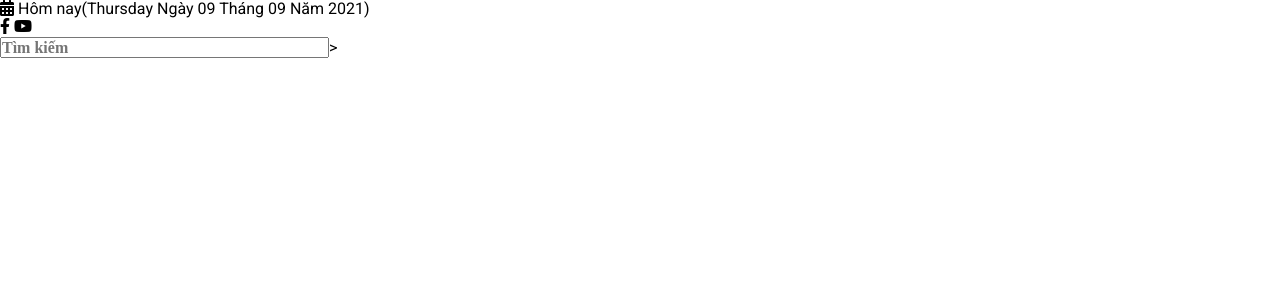
Repository: longtn213/Frond_end_HTML-CSS
Page: Front-End/LongDemo/index.html
An editor plug-in stored every save of this project. The page is shown before and after the next save, followed by the edit.
The browser window is 1280 px wide. The pictures show the whole page.

Above is the page before, as saved 2021-09-09 16:01:52.

### Front-End/LongDemo/index.html
<!DOCTYPE html>
<html lang="en">

<head>
    <meta charset="UTF-8">
    <meta http-equiv="X-UA-Compatible" content="IE=edge">
    <meta name="viewport" content="width=device-width, initial-scale=1.0">
    <title>Công nghệ thông tin</title>
    <link rel="stylesheet" href="https://cdnjs.cloudflare.com/ajax/libs/normalize/8.0.1/normalize.min.css"
        integrity="sha512-NhSC1YmyruXifcj/KFRWoC561YpHpc5Jtzgvbuzx5VozKpWvQ+4nXhPdFgmx8xqexRcpAglTj9sIBWINXa8x5w=="
        crossorigin="anonymous" referrerpolicy="no-referrer" />
    <link rel="stylesheet" href="./assets/css/main.css">
    <link href="https://fonts.googleapis.com/css2?family=Roboto:wght@300;400;500;700&display=swap" rel="stylesheet">
    <link href="./assets/fonts/fontawesome-free-5.15.4-web/css/all.css" rel="stylesheet">
</head>

<body>
    <header class="header">
        <div class="header1">
            <div class="calendar">
                <i class="fas fa-calendar-alt"></i>
                Hôm nay(Thursday Ngày 09 Tháng 09 Năm 2021)
            </div>
            <div class="header__icon">
                <i class="fab fa-facebook-f"></i>
                <i class="fab fa-youtube"></i>
            </div>
            <div class="search-button">
                <input type="text" placeholder="Tìm kiếm" <i class="fas fa-search"></i>>

            </div>
        </div>
    </header>
</body>

</html>

### Front-End/LongDemo/assets/css/main.css
:root{
    --white-color:#fff;
    --black-color:#000;
    --text-color:#333;
}
* {
    padding: 0;
    margin: 0;
    box-sizing: border-box;
}

html{
    scroll-behavior: smooth;
    font-family: 'Roboto', sans-serif;
}

Loaded but not shown: Front-End/LongDemo/assets/fonts/fontawesome-free-5.15.4-web/css/all.css (library)

After the next save:
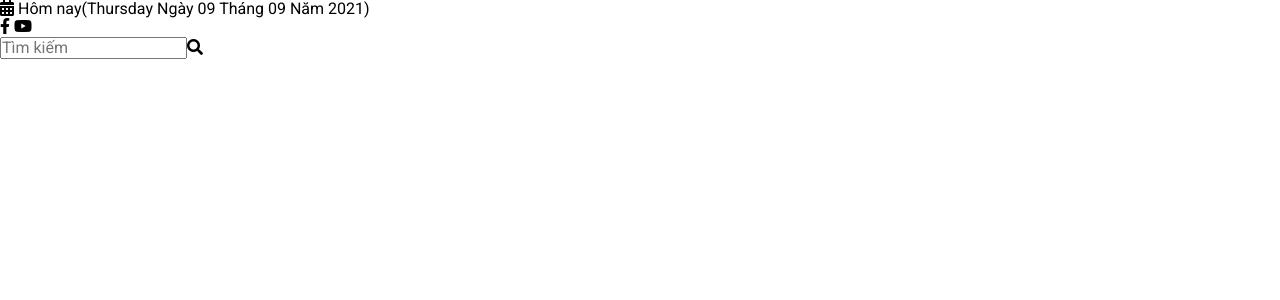
Saved 11 s later.
--- a/Front-End/LongDemo/index.html
+++ b/Front-End/LongDemo/index.html
@@ -26,7 +26,7 @@
                 <i class="fab fa-youtube"></i>
             </div>
             <div class="search-button">
-                <input type="text" placeholder="Tìm kiếm" <i class="fas fa-search"></i>>
+                <input type="text" placeholder="Tìm kiếm"><i class="fas fa-search"></i>
 
             </div>
         </div>
